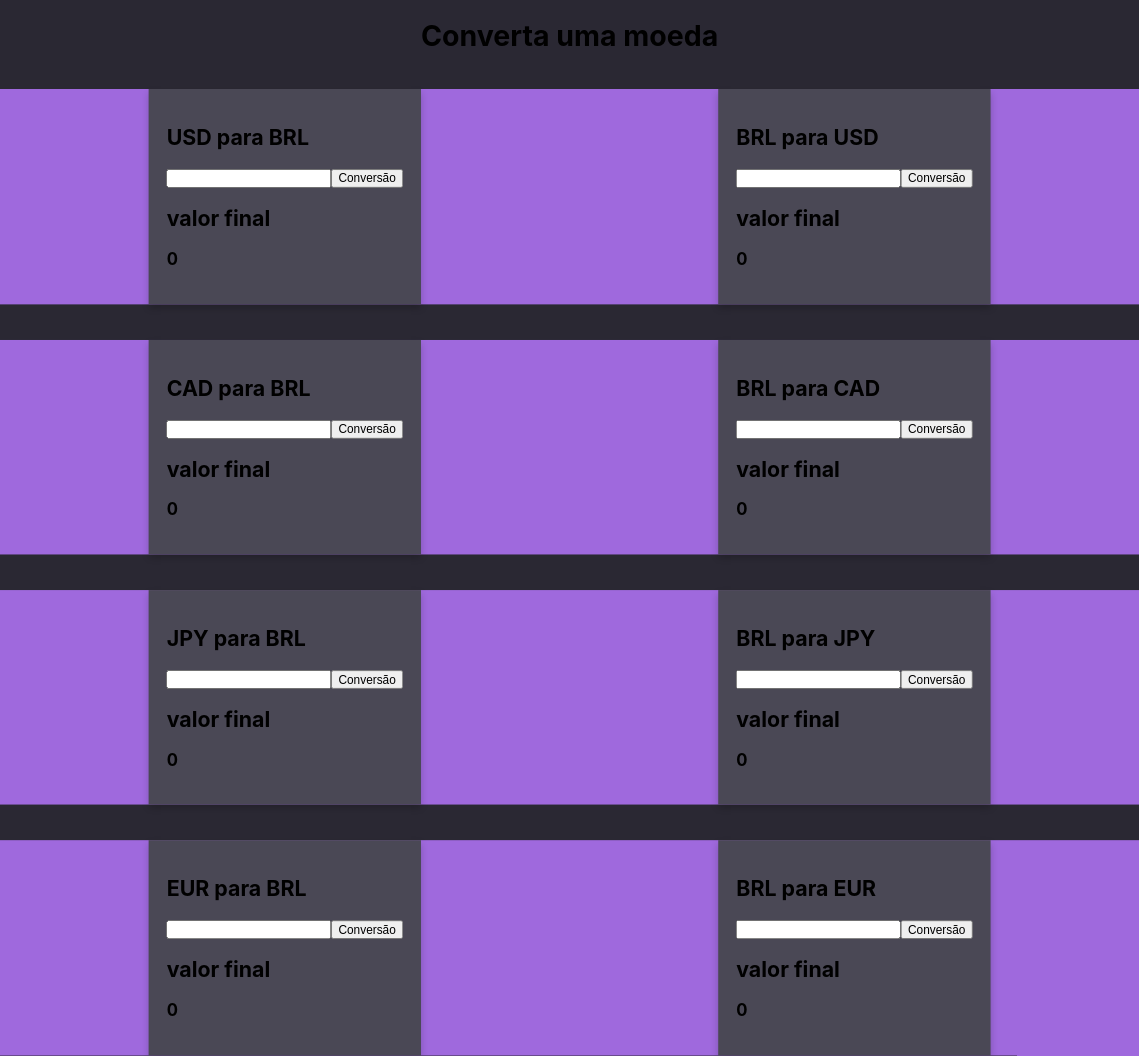
Repository: DeanLemosXD/Currency-converter
Page: /
The author's editor kept a copy of each file at every save. The page is drawn from the files as they stood at one save, then again after the next save.
The browser window is 1280 px wide. The pictures show the whole page, at 89% of full size.
The project was rebuilt for these pictures with package versions that can differ from the ones it lists, and the page was loaded fresh each time.

Above is the page before, as saved 2021-10-19 18:27:43.

### src/index.css
body {
  margin: 0;
  font-family: -apple-system, BlinkMacSystemFont, 'Segoe UI', 'Roboto', 'Oxygen',
    'Ubuntu', 'Cantarell', 'Fira Sans', 'Droid Sans', 'Helvetica Neue',
    sans-serif;
  -webkit-font-smoothing: antialiased;
  -moz-osx-font-smoothing: grayscale;
  background-color:rgb(42, 40, 51)
}

code {
  font-family: source-code-pro, Menlo, Monaco, Consolas, 'Courier New',
    monospace;
}

### src/App.js
import './App.css';
import Conversor from './components/Conversor';

function App() {
  return (
    <div className="App">
      <h1>Converta uma moeda</h1>
      <div className="linha">
      <Conversor moedaA="USD" moedaB="BRL"></Conversor>
      <Conversor moedaA="BRL" moedaB="USD"></Conversor>
      </div>
      <div className="linha">
      <Conversor moedaA="CAD" moedaB="BRL"></Conversor>
      <Conversor moedaA="BRL" moedaB="CAD"></Conversor>
      </div>
      <div className="linha">
      <Conversor moedaA="JPY" moedaB="BRL"></Conversor>
      <Conversor moedaA="BRL" moedaB="JPY"></Conversor>
      </div>
      <div className="linha">
      <Conversor moedaA="EUR" moedaB="BRL"></Conversor>
      <Conversor moedaA="BRL" moedaB="EUR"></Conversor>
      </div>
    </div>
  );
}

export default App;

### src/App.css
.linha{
    display:flex;
    margin-top:  40px;
    justify-content: space-around;
    background-color:rgb(159, 105, 221)

}

h1{

    text-align: center;
}

.app{
    margin: auto;
    max-width: 900px;
}

### src/components/Conversor.js
import React, { Component } from 'react'
import './conversor.css'
export default class Conversor extends Component {

    // eslint-disable-next-line no-useless-constructor
    constructor(props){
        super(props);

        this.state = {
            moedaA_Valor:"",
            moedaB_Valor:0,

        }

        this.converter = this.converter.bind(this)
    }

    converter(){

        let de_para = `${this.props.moedaA}_${this.props.moedaB}`;
        let url = `http://free.currconv.com/api/v7/convert?q=${de_para}&compact=ultra&apiKey=0d7e32903cad9cf7460c`
        //console.log(url)
        fetch(url).then(res=>{
            return res.json()
        })
        .then(json=>{

            let cotacao = json[de_para];
            let moedaB_Valor = (parseFloat(this.state.moedaA_Valor) * cotacao).toFixed(2)
            this.setState({moedaB_Valor})
        })
    }
    render(){
        return (
            <div className="conversor">
                <h2>{this.props.moedaA} para {this.props.moedaB}</h2>
                <input type="text" onChange={(event)=>{this.setState({moedaA_Valor:event.target.value})}}></input>
                <input type="button" value="Conversão" onClick={this.converter}></input>
                <h2>valor final</h2>
                <h3>{this.state.moedaB_Valor}</h3>
            </div>
        )
    }
}

### src/components/conversor.css
.conversor{
        padding: 20px;
        max-width: 300px;
        box-shadow: 0 4px 8px 0 rgba(0, 0, 0, 0.2);
        background-color: rgb(74, 72, 85);
}

Loaded but not shown: public/index.html (common file); src/index.js (common file); src/reportWebVitals.js (common file)

After the next save:
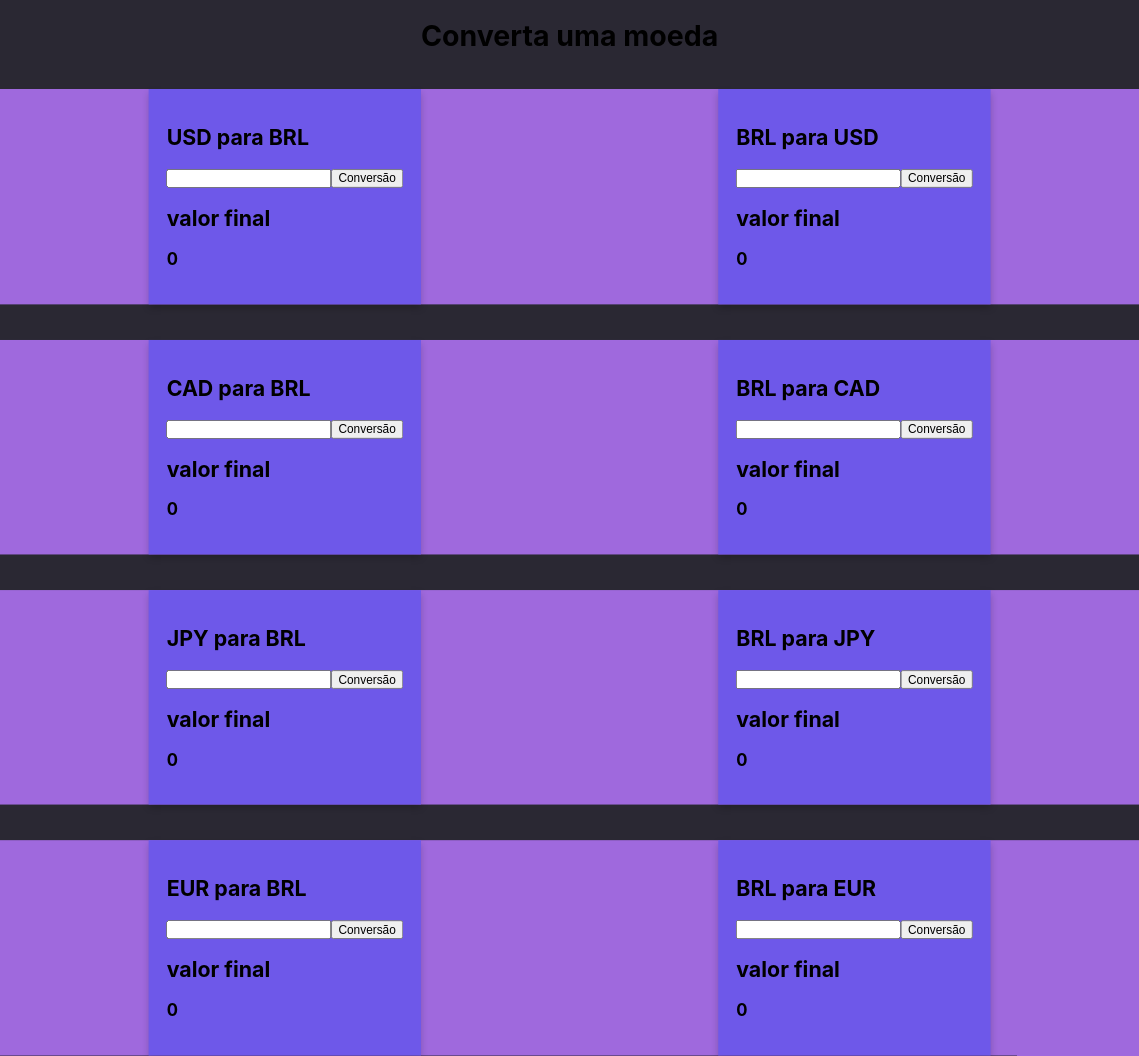
Saved 10 s later.
--- a/src/components/conversor.css
+++ b/src/components/conversor.css
@@ -2,5 +2,5 @@
         padding: 20px;
         max-width: 300px;
         box-shadow: 0 4px 8px 0 rgba(0, 0, 0, 0.2);
-        background-color: rgb(74, 72, 85);
+        background-color: rgb(110, 88, 233);
 }
